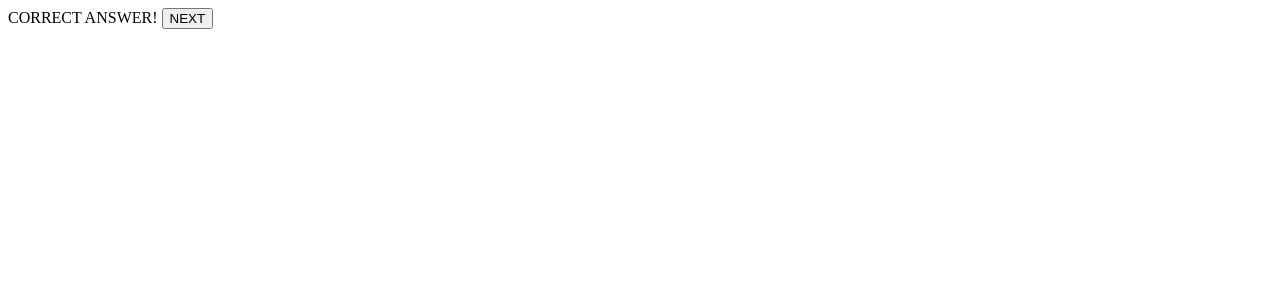
Repository: OleksandrDoskaliukKN313/IIC
Page: http://localhost/WebDictionary/uncorrectAnswer.jsp
The author's editor kept a copy of each file at every save. The page is drawn from the files as they stood at one save, then again after the next save.
The browser window is 1280 px wide. The pictures show the whole page.
The page is served by Tomcat 9. Other server files are loaded and not shown.

Above is the page before, as saved 2020-10-11 16:22:59.

### WebDictionary/WebContent/uncorrectAnswer.jsp
<%@ page language="java" contentType="text/html; charset=ISO-8859-1"
    pageEncoding="ISO-8859-1"%>
<!DOCTYPE html>
<html>
<head>
<meta charset="ISO-8859-1">
<title>Uncorrect!</title>
</head>
<body>
CORRECT ANSWER!
<button onclick="location.href='/WebDictionary/en_ua'">NEXT</button>
</body>
</html>

After the next save:
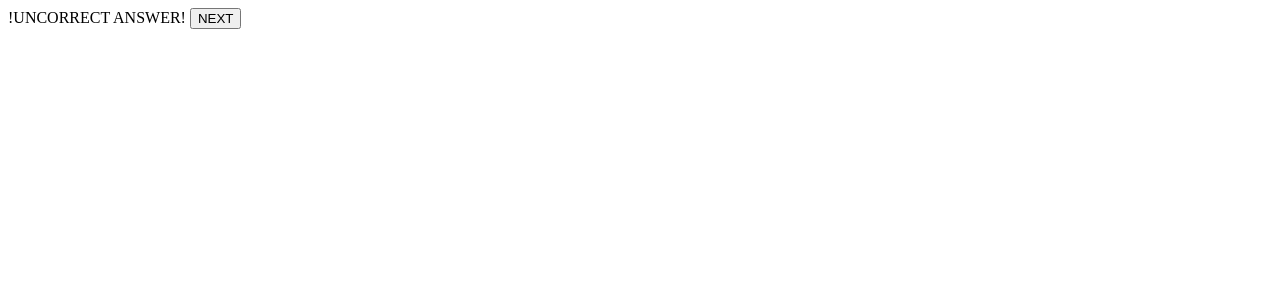
Saved 38 s later.
--- a/WebDictionary/WebContent/uncorrectAnswer.jsp
+++ b/WebDictionary/WebContent/uncorrectAnswer.jsp
@@ -7,7 +7,8 @@
 <title>Uncorrect!</title>
 </head>
 <body>
-CORRECT ANSWER!
+!UNCORRECT ANSWER!
+<%request.setAttribute("correct", false); %>
 <button onclick="location.href='/WebDictionary/en_ua'">NEXT</button>
 </body>
 </html>
